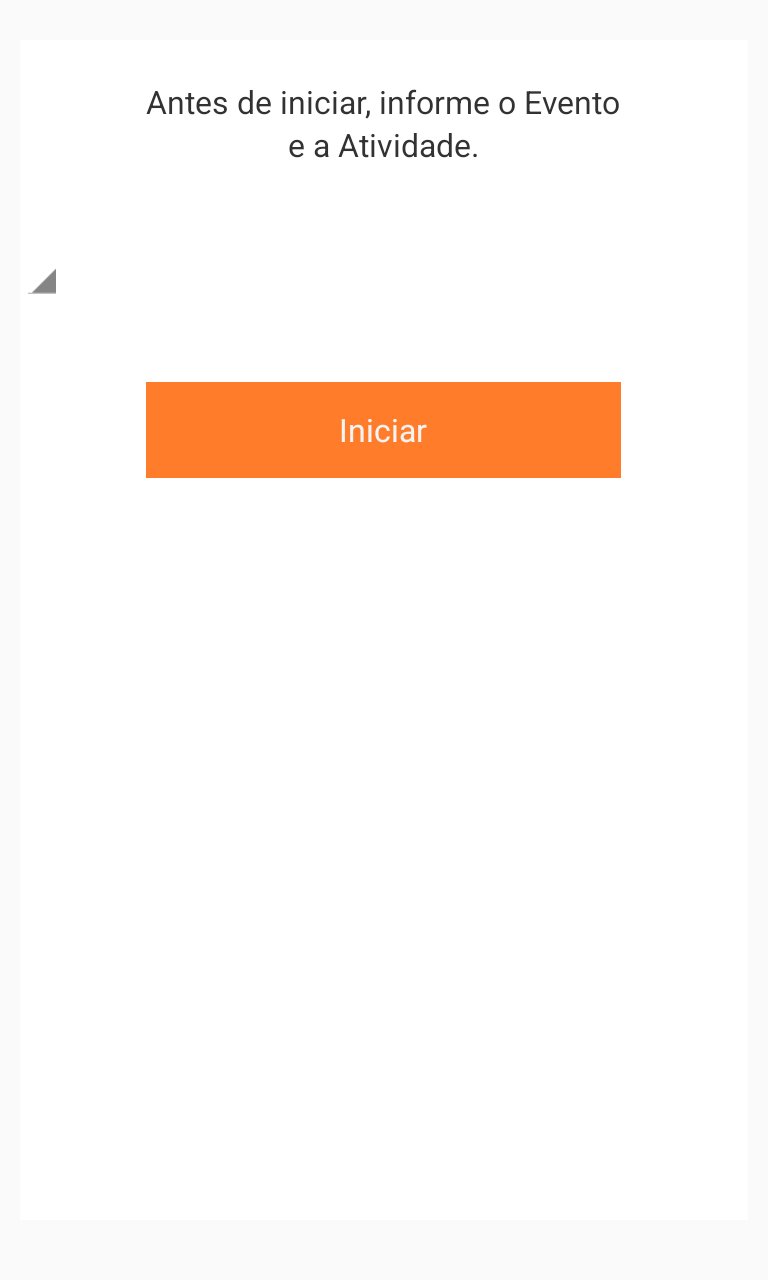
Repository: jhonpatrick/Projeto-QrCode-TDA-Informatica-
Layout: Intelligence/res/layout/activity_tela_de_atividades.xml
The author's editor kept a copy of each file at every save. The layout is drawn from the files as they stood at one save, then again after the next save.
It is drawn on a 768 x 1280 px phone screen (xhdpi) without system bars, with theme AppTheme; the app's code is not run.

Above is the layout before, as saved 2016-03-17 13:08:44.

After the next save:
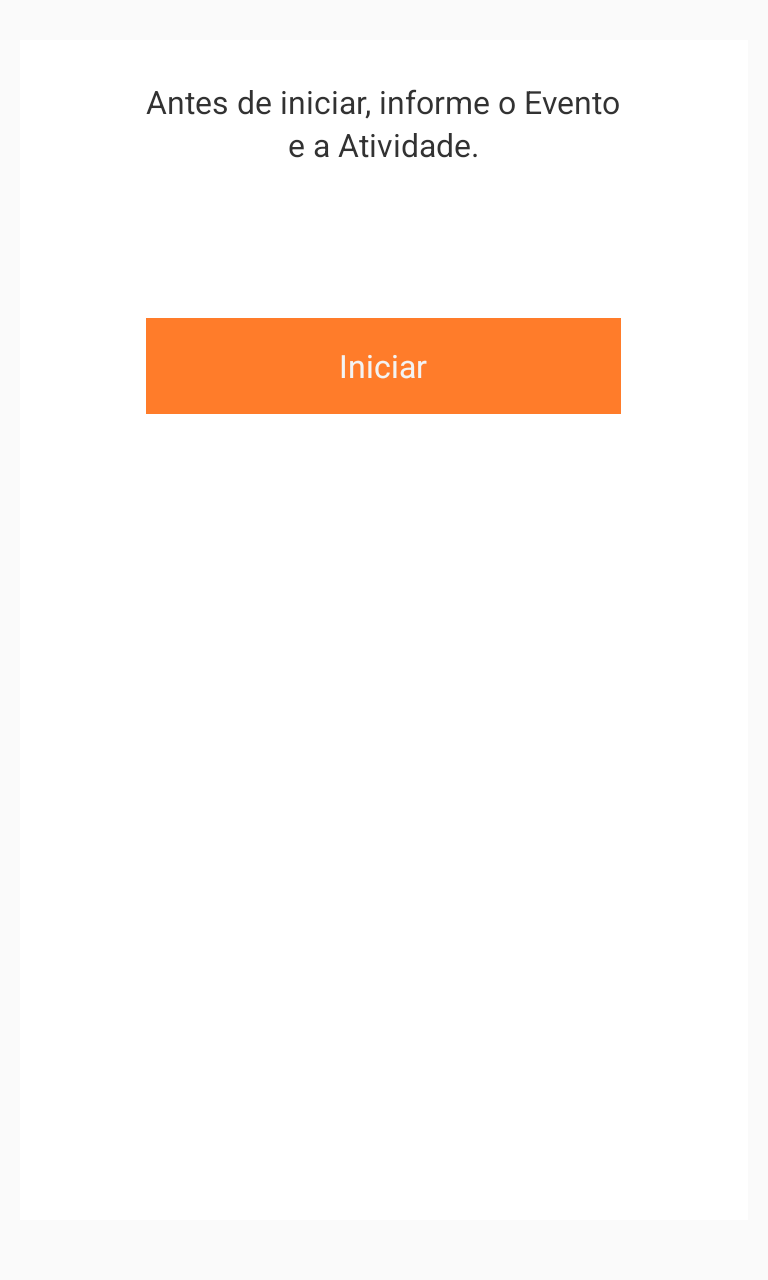
Saved 30 s later.
--- a/Intelligence/res/layout/activity_tela_de_atividades.xml
+++ b/Intelligence/res/layout/activity_tela_de_atividades.xml
@@ -67,6 +67,7 @@
             android:layout_width="wrap_content"
             android:layout_height="wrap_content"
             android:layout_alignParentLeft="true"
+            android:background="#fafafa"
             android:layout_below="@+id/spn_eventos"
             android:layout_marginTop="14dp" />
 
